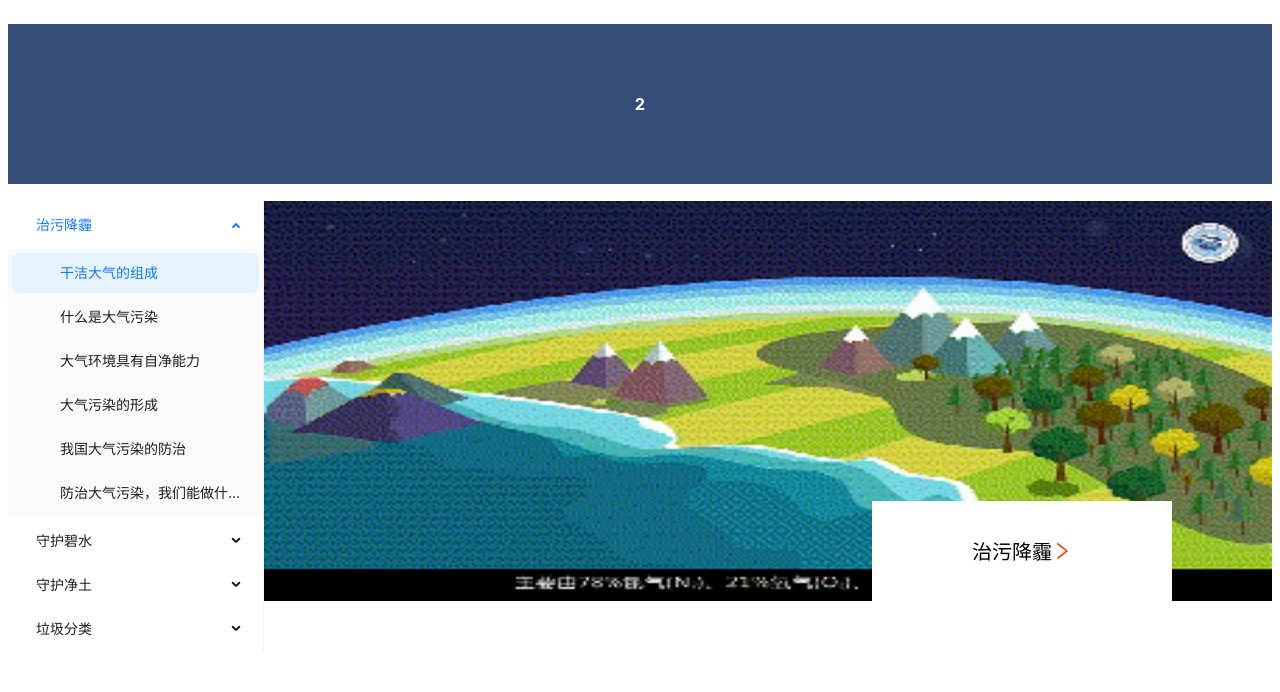
Repository: samllbin/summerWeb
Page: /
The author's editor kept a copy of each file at every save. The page is drawn from the files as they stood at one save, then again after the next save.
The browser window is 1280 px wide. The pictures show the whole page.
The project was rebuilt for these pictures with package versions that can differ from the ones it lists, and the page was loaded fresh each time. Also part of the build but not shown: vite.config.js, components/menu/config.js, components/content/index.module.css, components/content/index.jsx.

Above is the page before, as saved 2024-07-22 15:46:37.

After the next save:
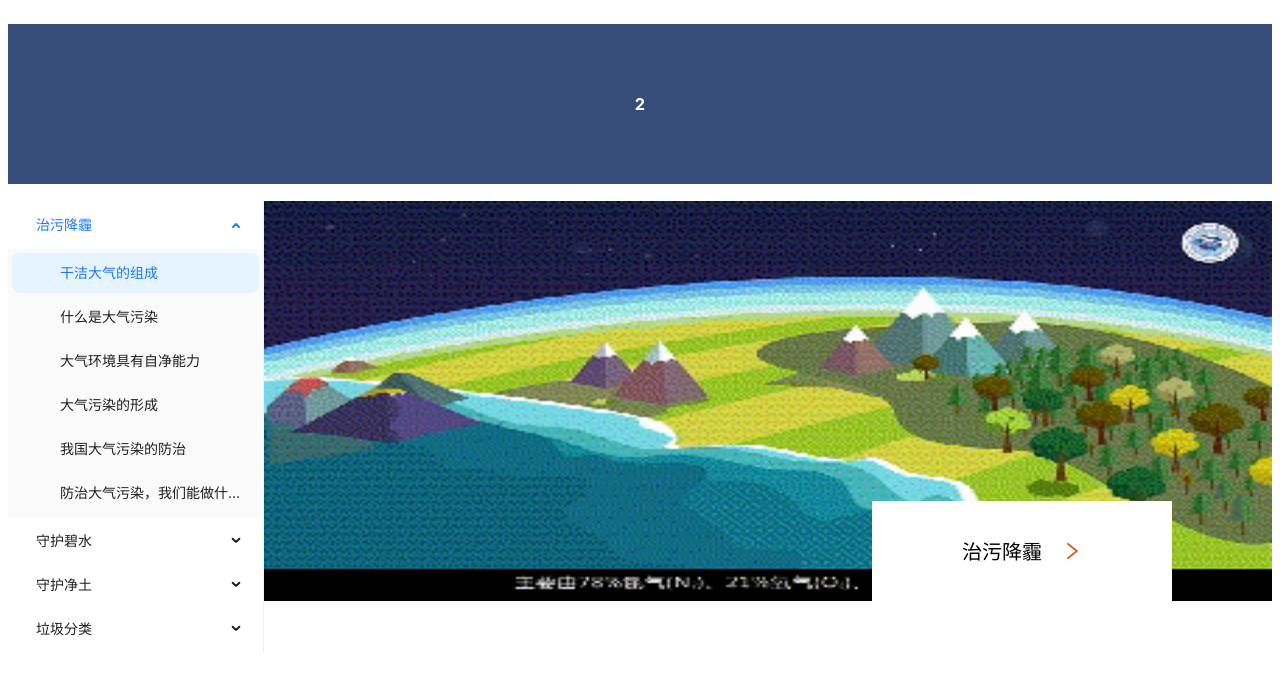
Saved 34 s later.
--- a/components/article/index.jsx
+++ b/components/article/index.jsx
@@ -14,7 +14,7 @@ export default function Article({ type, imgURL }) {
           />
           <div className={style.allTitle}>
             治污降霾
-            <RightOutlined style={{ color: "#d55c19" }} />
+            <RightOutlined style={{ color: "#d55c19", marginLeft: 20 }} />
           </div>
         </div>
       ) : (
